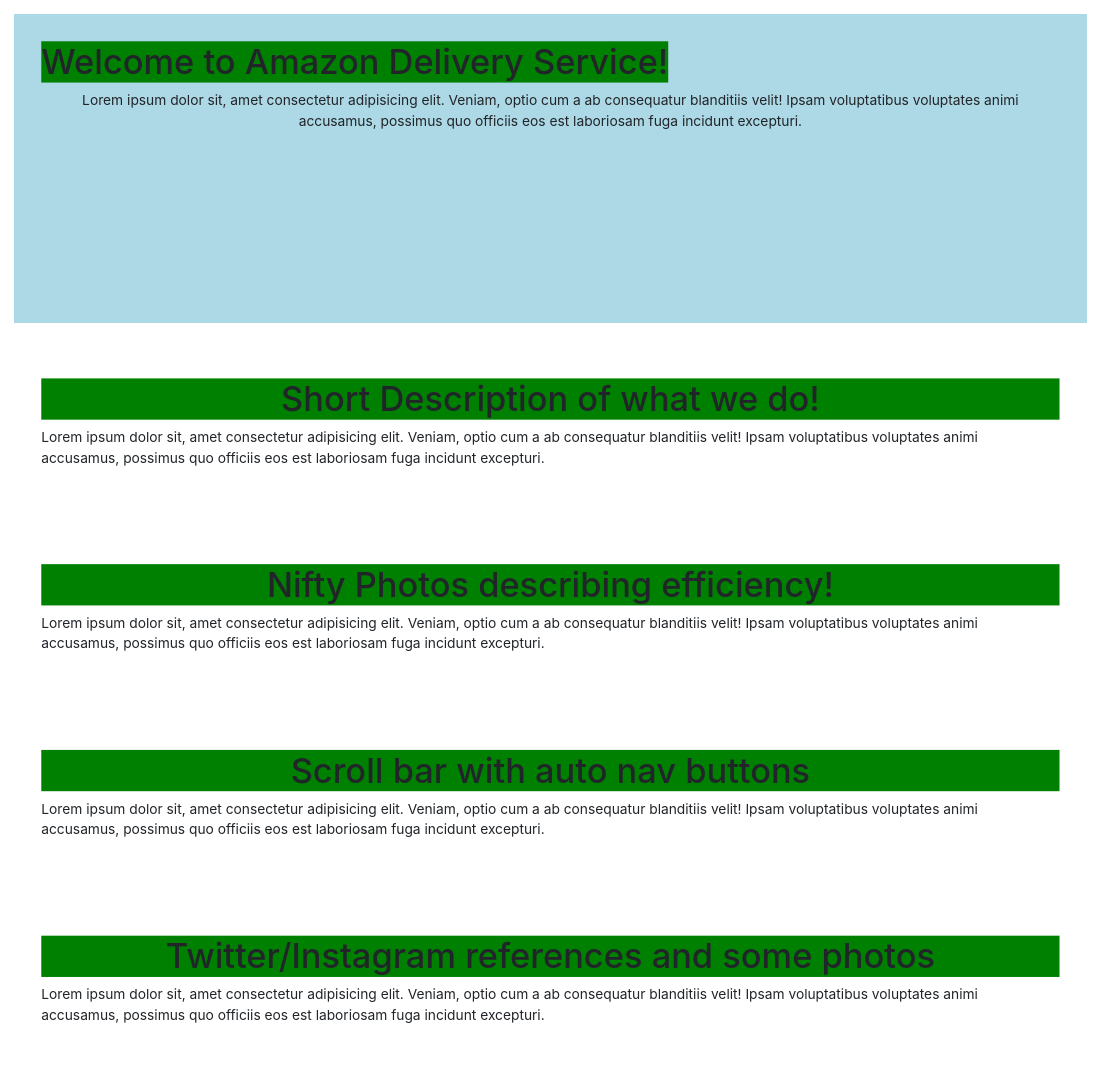
Repository: cerebrium/website
Page: /
These files come from the project's save history. The page is drawn as it stood at one moment and after the next save; the edit follows.
The browser window is 1280 px wide. The pictures show the whole page, at 86% of full size.
The project was rebuilt for these pictures with package versions that can differ from the ones it lists, and the page was loaded fresh each time. Also part of the build but not shown: src/Routes/About.jsx, src/Routes/Recruitment.jsx, src/Routes/Testimonials.jsx, src/Routes/Policies.jsx, src/Routes/Contact.jsx.

Above is the page before, as saved 2019-11-02 12:57:49.

### src/App.jsx
import React from 'react';
import './styles/App.css'
import {
  BrowserRouter as Router,
  Route,
  Link
} from 'react-router-dom';
import About from './Routes/About'
import Recruitment from './Routes/Recruitment'
import Testimonials from './Routes/Testimonials'
import Policies from './Routes/Policies'
import Home from './Routes/Home'
import Contact from './Routes/Contact'

class App extends React.Component {
  render () {
    return (
      <Router>
        <div className='mainContainer'>
          <div className='navContainer'>
            <div><Link to='/' className='nav'>Home</Link></div><div><Link to='/about' className='nav'>About</Link></div><div><Link to='/recruitment' className='nav'>Recruitment</Link></div><div><Link to='/testimonials' className='nav'>Testimonials</Link></div><div><Link to='/policies' className='nav'>Policies</Link></div><div><Link to='/contact'className='nav'>Contact</Link></div>
          </div>
          <Route exact path='/' component={Home}/>
          <Route exact path='/about' component={About}/>
          <Route exact path='/recruitment' component={Recruitment}/>
          <Route exact path='/testimonials' component={Testimonials}/>
          <Route exact path='/policies' component={Policies}/>
          <Route exact path='/contact' component={Contact}/>
        </div>
      </Router>
    )
  }
}

export default App;

### src/styles/App.css

/***************************** MAIN APP STYLING ******************************/

.App {
  text-align: center;
}

.mainContainer {
  min-width: 100vw;
}

.navContainer {
  display: flex;
  flex-flow: row;
  align-items: center;
  justify-content: space-evenly;
  position: fixed; /* Make it stick, even on scroll */
  width: 100%;
  margin: 0;
  padding: 0;
  height: 7%;
  background: white;
}

.nav {
  text-decoration: none;
  color: purple;
  font-size: 1.3em;
}

/***************************** HOME APP STYLING ******************************/
.rowCentering {
  display: flex;
  justify-content: center;
  width: 100%;
  height: 100%;
}

.contentCentering {
  display: flex;
  align-items: flex-start;
  flex-flow: column;
  border: 2em;
  padding: 2em;
  margin: 1em;
  width: 100%;
}

.pictureBackground {
  height: 50vh;
  text-align: center;
  position: relative;
  width: 100%;
  background: lightblue;
}
h1 {
  background: green;
  position: relative;
  text-align: center;
  width: 100%;
}

### src/Routes/Home.jsx
import React from 'react';
import '../styles/App.css';

class Home extends React.Component {
    render () {
        return (
            <div className='mainContainer'>
                <div className='rowCentering'>
                    <div className='contentCentering pictureBackground'>
                        <div><h1>Welcome to Amazon Delivery Service!</h1></div>
                        <p>Lorem ipsum dolor sit, amet consectetur adipisicing elit. Veniam, optio cum a ab consequatur blanditiis velit! Ipsam voluptatibus voluptates animi accusamus, possimus quo officiis eos est laboriosam fuga incidunt excepturi.</p>
                    </div>
                </div>
                <div className='rowCentering'>
                    <div className='contentCentering'>
                        <h1>Short Description of what we do!</h1>
                        <p>Lorem ipsum dolor sit, amet consectetur adipisicing elit. Veniam, optio cum a ab consequatur blanditiis velit! Ipsam voluptatibus voluptates animi accusamus, possimus quo officiis eos est laboriosam fuga incidunt excepturi.</p>
                    </div>
                </div>
                <div className='rowCentering'>
                    <div className='contentCentering'>
                        <h1>Nifty Photos describing efficiency!</h1>
                        <p>Lorem ipsum dolor sit, amet consectetur adipisicing elit. Veniam, optio cum a ab consequatur blanditiis velit! Ipsam voluptatibus voluptates animi accusamus, possimus quo officiis eos est laboriosam fuga incidunt excepturi.</p>
                    </div>
                </div>
                <div className='rowCentering'>
                    <div className='contentCentering'>
                        <h1>Scroll bar with auto nav buttons</h1>
                        <p>Lorem ipsum dolor sit, amet consectetur adipisicing elit. Veniam, optio cum a ab consequatur blanditiis velit! Ipsam voluptatibus voluptates animi accusamus, possimus quo officiis eos est laboriosam fuga incidunt excepturi.</p>
                    </div>
                </div>
                <div className='rowCentering'>
                    <div className='contentCentering'>
                        <h1>Twitter/Instagram references and some photos</h1>
                        <p>Lorem ipsum dolor sit, amet consectetur adipisicing elit. Veniam, optio cum a ab consequatur blanditiis velit! Ipsam voluptatibus voluptates animi accusamus, possimus quo officiis eos est laboriosam fuga incidunt excepturi.</p>
                    </div>
                </div>
            </div>
        )
    }
}

export default Home;

Loaded but not shown: public/index.html (common file); src/index.js (common file); src/index.css (common file); src/serviceWorker.js (common file)

After the next save:
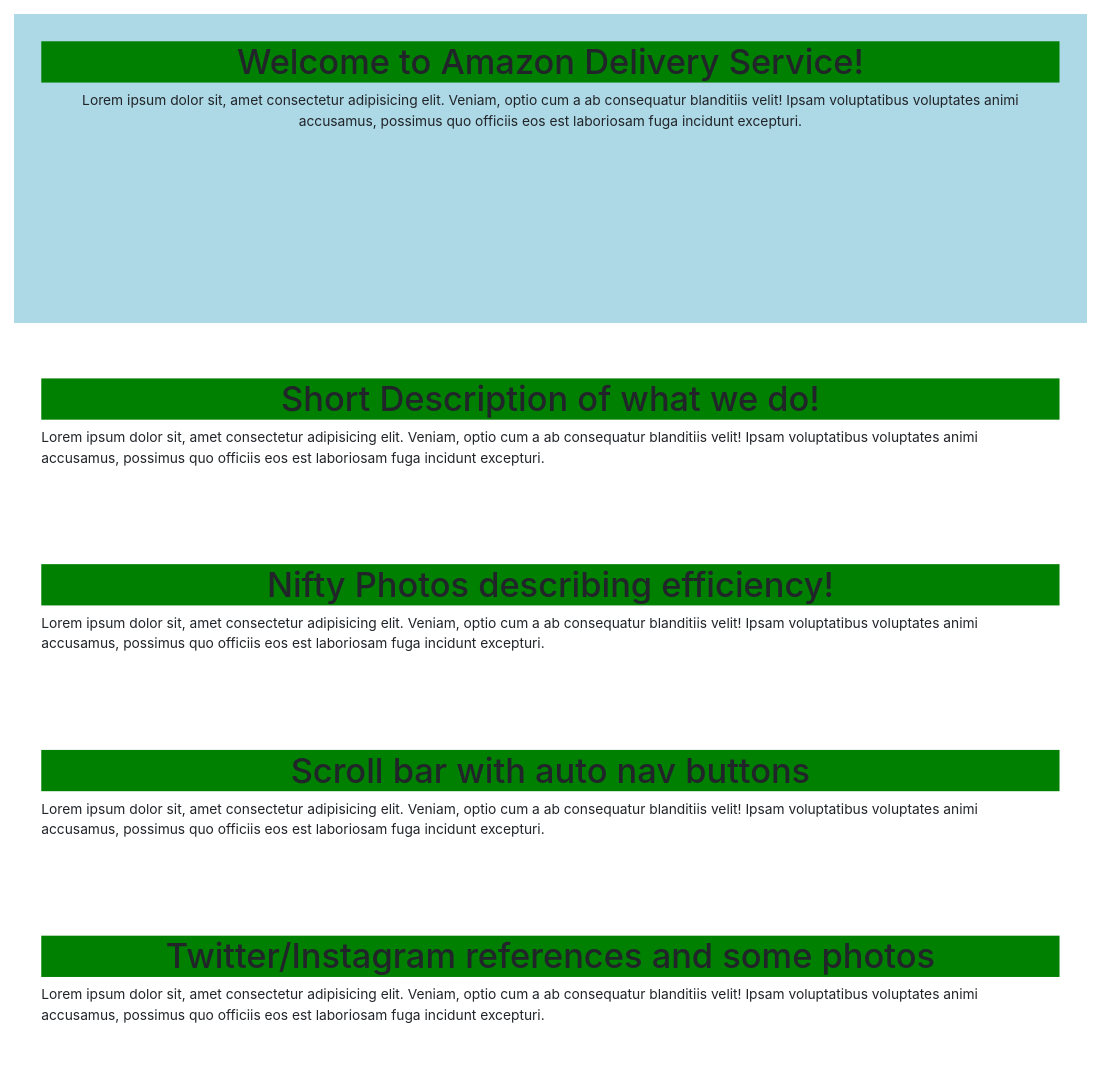
Saved 12 s later.
--- a/src/Routes/Home.jsx
+++ b/src/Routes/Home.jsx
@@ -7,7 +7,7 @@
             <div className='mainContainer'>
                 <div className='rowCentering'>
                     <div className='contentCentering pictureBackground'>
-                        <div><h1>Welcome to Amazon Delivery Service!</h1></div>
+                        <h1>Welcome to Amazon Delivery Service!</h1>
                         <p>Lorem ipsum dolor sit, amet consectetur adipisicing elit. Veniam, optio cum a ab consequatur blanditiis velit! Ipsam voluptatibus voluptates animi accusamus, possimus quo officiis eos est laboriosam fuga incidunt excepturi.</p>
                     </div>
                 </div>
